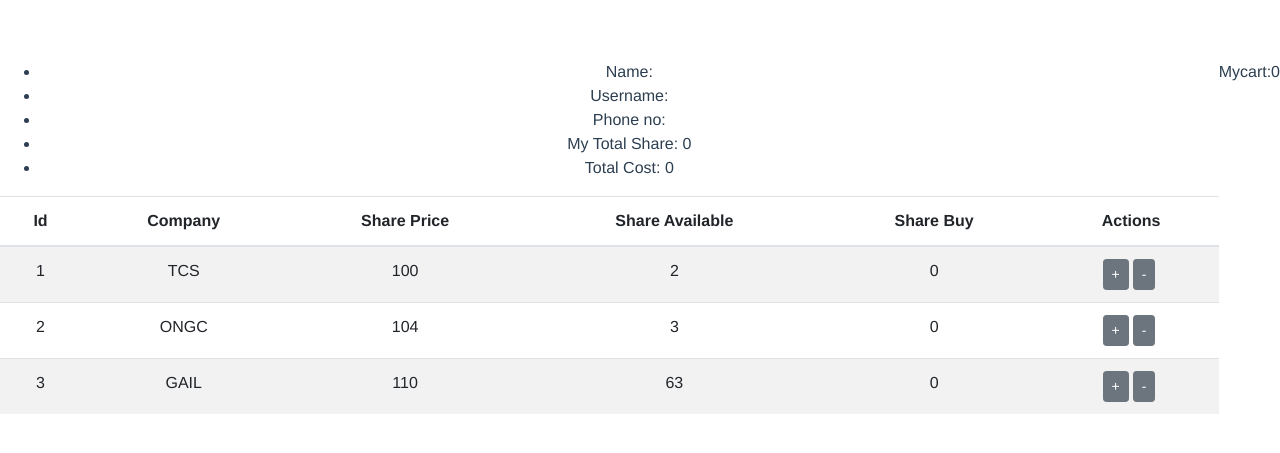
Repository: rupeshpawar93/vue-profile
Page: /#/portfolio/detail
The author's editor kept a copy of each file at every save. The page is drawn from the files as they stood at one save, then again after the next save.
The browser window is 1280 px wide. The pictures show the whole page.
The project was rebuilt for these pictures with package versions that can differ from the ones it lists, and the page was loaded fresh each time. Also part of the build but not shown: webpack.config.js, src/components/Portfolio.vue.

Above is the page before, as saved 2019-11-01 15:37:02.

After the next save:
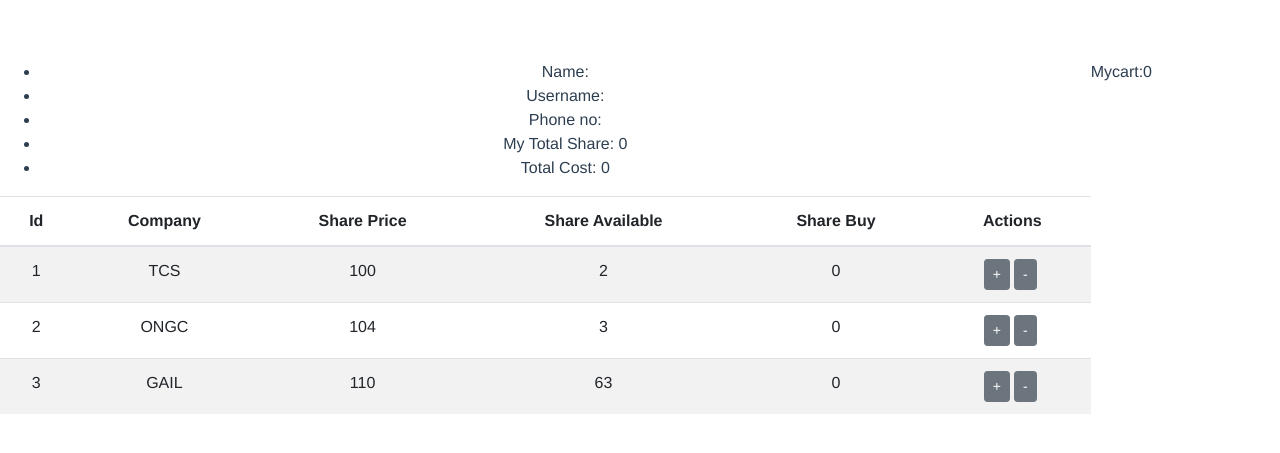
Saved 24 s later.
--- a/src/components/Mycart.vue
+++ b/src/components/Mycart.vue
@@ -1,5 +1,5 @@
 <template>
-    <div>
+    <div style="width:90%">
         <p style="float:right">Mycart:{{share}}</p>
         <div style="overflow:auto">
             <PortfolioDetail :profile="profile" @myEvent="mycart"/>
